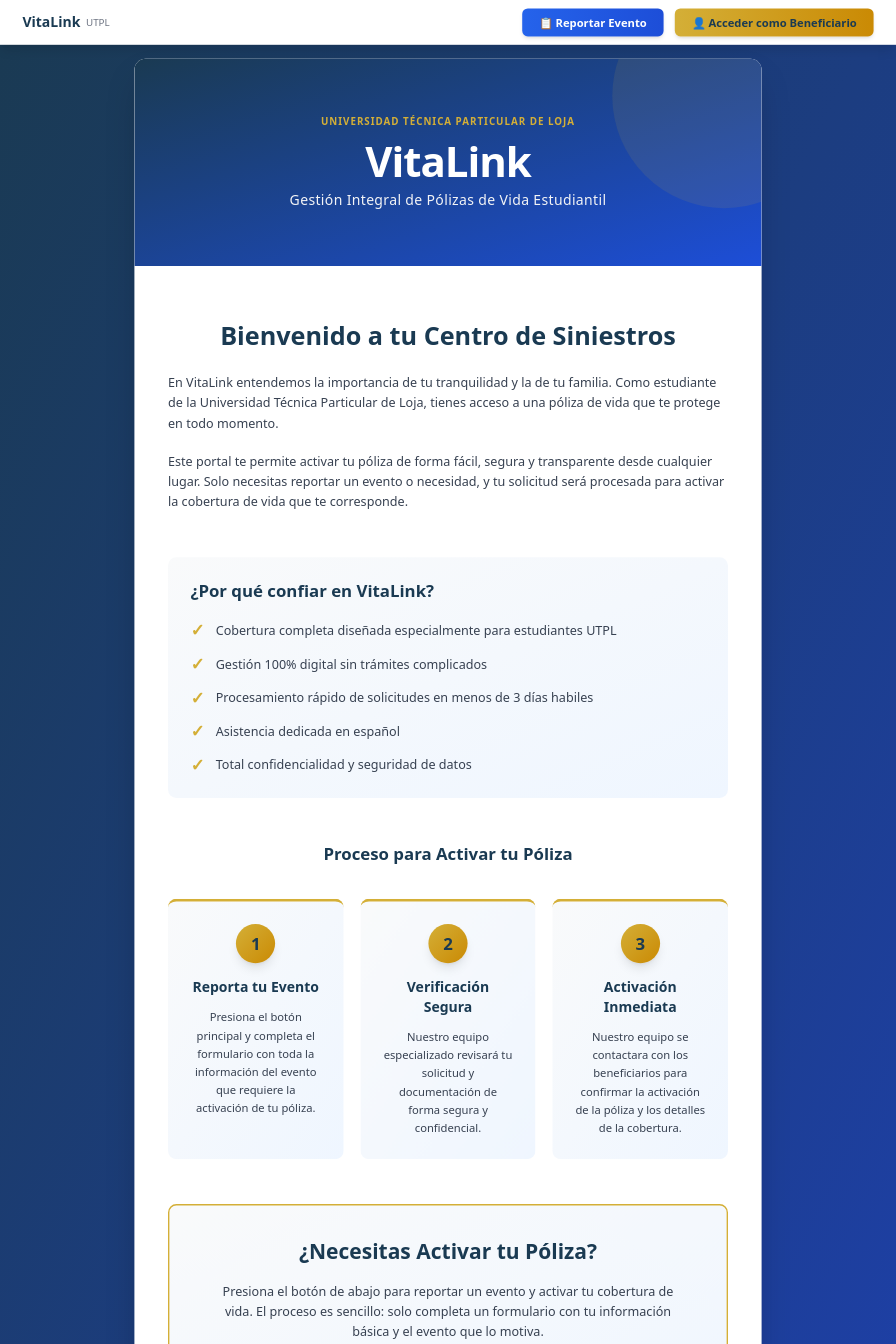
Repository: Carlosmicael/seguroVitaLink
Page: templates/siniestros/siniestro_report.html
The author's editor kept a copy of each file at every save. The page is drawn from the files as they stood at one save, then again after the next save.
The browser window is 1280 px wide. The pictures show the part of the page from y = 0 to 1920 px (the page is 2572 px tall before and 2668 px after), at 70% of full size.
Some web libraries are served in a nearby version. The template is drawn by Django 5.2. The application's start-up code is not run. Other server files are loaded and not shown. The template is opened directly, without the code that normally fills it, so the values that code supplies are empty.

Above is the page before, as saved 2026-01-03 19:50:14.

### templates/siniestros/siniestro_report.html
{% load static %}
<!DOCTYPE html>
<html lang="es">
<head>
    <meta charset="UTF-8">
    <meta name="viewport" content="width=device-width, initial-scale=1.0">
    <title>Gestión de Siniestros - VitaLink</title>
    <script src="https://cdn.tailwindcss.com"></script>
    <script>
        tailwind.config = {
            theme: {
                extend: {
                    colors: {
                        'utpl-blue': '#1a3a52',
                        'utpl-gold': '#d4af37',
                    }
                }
            }
        }
    </script>
</head>
<body class="bg-gradient-to-br from-utpl-blue to-blue-800 min-h-screen">
    <!-- Navbar -->
    <nav class="bg-white shadow-lg">
        <div class="max-w-7xl mx-auto px-4 sm:px-6 lg:px-8">
            <div class="flex justify-between items-center h-16">
                <div class="flex items-center">
                    <span class="text-utpl-blue font-bold text-xl">VitaLink</span>
                    <span class="ml-2 text-gray-500 text-sm">UTPL</span>
                </div>
                <div class="flex space-x-4">
                    <a href="{% url 'siniestros:formulario' %}" class="bg-gradient-to-r from-blue-600 to-blue-700 text-white px-6 py-2 rounded-lg font-semibold hover:from-blue-700 hover:to-blue-800 transition duration-300 shadow-md hover:shadow-lg">
                        📋 Reportar Evento
                    </a>
                    <a href="{% url 'siniestros:login_beneficiario' %}" class="bg-gradient-to-r from-utpl-gold to-yellow-600 text-utpl-blue px-6 py-2 rounded-lg font-semibold hover:from-yellow-500 hover:to-utpl-gold transition duration-300 shadow-md hover:shadow-lg">
                        👤 Acceder como Beneficiario
                    </a>
                </div>
            </div>
        </div>
    </nav>

    <!-- Main Content -->
    <div class="flex items-center justify-center p-5 min-h-[calc(100vh-4rem)]">
    <div class="w-full max-w-4xl bg-white rounded-2xl shadow-2xl overflow-hidden animate-fade-up">
        <!-- Header -->
        <div class="relative overflow-hidden bg-gradient-to-br from-utpl-blue to-blue-700 text-white px-8 py-16 md:px-12 md:py-20">
            <div class="absolute top-0 right-0 w-80 h-80 bg-utpl-gold opacity-10 rounded-full transform translate-x-1/3 -translate-y-1/3"></div>

            <div class="relative z-10 text-center">
                <p class="text-sm font-bold tracking-widest text-utpl-gold uppercase mb-4">
                    Universidad Técnica Particular de Loja
                </p>
                <h1 class="text-5xl md:text-6xl font-black mb-3 tracking-tight">
                    VitaLink
                </h1>
                <p class="text-lg md:text-xl font-light tracking-wide text-gray-100">
                    Gestión Integral de Pólizas de Vida Estudiantil
                </p>
            </div>
        </div>

        <!-- Main Content -->
        <div class="px-8 py-16 md:px-12 md:py-20">
            <!-- Intro Section -->
            <div class="mb-16">
                <h2 class="text-4xl font-bold text-utpl-blue mb-8 text-center">
                    Bienvenido a tu Centro de Siniestros
                </h2>
                <div class="space-y-6 text-gray-700 text-lg leading-relaxed">
                    <p>
                        En VitaLink entendemos la importancia de tu tranquilidad y la de tu familia.
                        Como estudiante de la Universidad Técnica Particular de Loja, tienes acceso a una póliza de vida
                        que te protege en todo momento.
                    </p>
                    <p>
                        Este portal te permite activar tu póliza de forma fácil, segura y transparente desde cualquier lugar.
                        Solo necesitas reportar un evento o necesidad, y tu solicitud será procesada para activar la cobertura de vida
                        que te corresponde.
                    </p>
                </div>
            </div>

            <!-- Benefits Section -->
            <div class="bg-gradient-to-br from-gray-50 to-blue-50 p-8 rounded-xl border-l-6 border-l-utpl-gold mb-16">
                <h3 class="text-2xl font-bold text-utpl-blue mb-6">
                    ¿Por qué confiar en VitaLink?
                </h3>
                <ul class="space-y-4">
                    <li class="flex items-center text-gray-700 text-lg font-medium">
                        <span class="text-utpl-gold text-2xl font-bold mr-4">✓</span>
                        Cobertura completa diseñada especialmente para estudiantes UTPL
                    </li>
                    <li class="flex items-center text-gray-700 text-lg font-medium">
                        <span class="text-utpl-gold text-2xl font-bold mr-4">✓</span>
                        Gestión 100% digital sin trámites complicados
                    </li>
                    <li class="flex items-center text-gray-700 text-lg font-medium">
                        <span class="text-utpl-gold text-2xl font-bold mr-4">✓</span>
                        Procesamiento rápido de solicitudes en menos de 3 días habiles
                    </li>
                    <li class="flex items-center text-gray-700 text-lg font-medium">
                        <span class="text-utpl-gold text-2xl font-bold mr-4">✓</span>
                        Asistencia dedicada en español
                    </li>
                    <li class="flex items-center text-gray-700 text-lg font-medium">
                        <span class="text-utpl-gold text-2xl font-bold mr-4">✓</span>
                        Total confidencialidad y seguridad de datos
                    </li>
                </ul>
            </div>

            <!-- Process Section -->
            <div class="mb-16">
                <h3 class="text-2xl font-bold text-utpl-blue mb-12 text-center">
                    Proceso para Activar tu Póliza
                </h3>
                <div class="grid md:grid-cols-3 gap-6">
                    <!-- Step 1 -->
                    <div class="bg-gradient-to-br from-gray-50 to-blue-50 p-8 rounded-xl border-t-4 border-t-utpl-gold hover:shadow-lg hover:-translate-y-2 transition-all duration-300">
                        <div class="flex justify-center mb-5">
                            <div class="w-14 h-14 bg-gradient-to-br from-utpl-gold to-yellow-600 rounded-full flex items-center justify-center font-bold text-2xl text-utpl-blue shadow-lg">
                                1
                            </div>
                        </div>
                        <h4 class="text-xl font-bold text-utpl-blue text-center mb-4">
                            Reporta tu Evento
                        </h4>
                        <p class="text-gray-700 text-center leading-relaxed">
                            Presiona el botón principal y completa el formulario con toda la información
                            del evento que requiere la activación de tu póliza.
                        </p>
                    </div>

                    <!-- Step 2 -->
                    <div class="bg-gradient-to-br from-gray-50 to-blue-50 p-8 rounded-xl border-t-4 border-t-utpl-gold hover:shadow-lg hover:-translate-y-2 transition-all duration-300">
                        <div class="flex justify-center mb-5">
                            <div class="w-14 h-14 bg-gradient-to-br from-utpl-gold to-yellow-600 rounded-full flex items-center justify-center font-bold text-2xl text-utpl-blue shadow-lg">
                                2
                            </div>
                        </div>
                        <h4 class="text-xl font-bold text-utpl-blue text-center mb-4">
                            Verificación Segura
                        </h4>
                        <p class="text-gray-700 text-center leading-relaxed">
                            Nuestro equipo especializado revisará tu solicitud y documentación
                            de forma segura y confidencial.
                        </p>
                    </div>

                    <!-- Step 3 -->
                    <div class="bg-gradient-to-br from-gray-50 to-blue-50 p-8 rounded-xl border-t-4 border-t-utpl-gold hover:shadow-lg hover:-translate-y-2 transition-all duration-300">
                        <div class="flex justify-center mb-5">
                            <div class="w-14 h-14 bg-gradient-to-br from-utpl-gold to-yellow-600 rounded-full flex items-center justify-center font-bold text-2xl text-utpl-blue shadow-lg">
                                3
                            </div>
                        </div>
                        <h4 class="text-xl font-bold text-utpl-blue text-center mb-4">
                            Activación Inmediata
                        </h4>
                        <p class="text-gray-700 text-center leading-relaxed">
                            Nuestro equipo se contactara con los beneficiarios para confirmar la activación
                            de la póliza y los detalles de la cobertura.
                        </p>
                    </div>
                </div>
            </div>

            <!-- CTA Section -->
            <div class="bg-gradient-to-br from-gray-50 to-blue-50 p-12 rounded-xl border-2 border-utpl-gold text-center mb-16">
                <h2 class="text-3xl font-bold text-utpl-blue mb-6">
                    ¿Necesitas Activar tu Póliza?
                </h2>
                <p class="text-gray-700 text-lg mb-8 leading-relaxed max-w-2xl mx-auto">
                    Presiona el botón de abajo para reportar un evento y activar tu cobertura de vida.
                    El proceso es sencillo: solo completa un formulario con tu información básica y el evento que lo motiva.
                </p>
                <a href="{% url 'siniestros:formulario' %}" class="inline-block bg-gradient-to-r from-utpl-gold to-yellow-600 hover:from-yellow-500 hover:to-utpl-gold text-utpl-blue font-bold py-4 px-12 rounded-lg text-lg tracking-wider uppercase shadow-lg hover:shadow-xl transform hover:-translate-y-1 transition-all duration-300">
                    📋 Reportar Evento y Activar Póliza
                </a>
            </div>

        <!-- Footer Section -->
        <div class="bg-gradient-to-b from-gray-100 to-gray-200 px-8 py-12 md:px-12 md:py-16 text-center border-t border-gray-300">
            <p class="text-gray-800 text-lg font-bold mb-6">
                ¿Tienes dudas o necesitas asistencia?
            </p>
            <div class="space-y-3 text-gray-700 text-base mb-8">
                <p>
                    📞 Teléfono: <a href="tel:+593726582940" class="text-utpl-gold font-bold hover:text-yellow-600 transition-colors">+593 7 2658-2940</a>
                </p>
                <p>
                    📧 Correo: <a href="mailto:vitalink@utpl.edu.ec" class="text-utpl-gold font-bold hover:text-yellow-600 transition-colors">vitalink@utpl.edu.ec</a>
                </p>
                <p>
                    🌐 Portal: <a href="https://www.utpl.edu.ec" target="_blank" class="text-utpl-gold font-bold hover:text-yellow-600 transition-colors">www.utpl.edu.ec</a>
                </p>
            </div>
            <p class="text-sm text-gray-600">
                VitaLink © 2026 - Universidad Técnica Particular de Loja<br>
                Sistema de Gestión Integral de Pólizas de Vida para Estudiantes
            </p>
        </div>
    </div>

    <style>
        @keyframes fadeUp {
            from {
                opacity: 0;
                transform: translateY(20px);
            }
            to {
                opacity: 1;
                transform: translateY(0);
            }
        }
        .animate-fade-up {
            animation: fadeUp 0.6s ease-out;
        }
    </style>

</body>
</html>

After the next save:
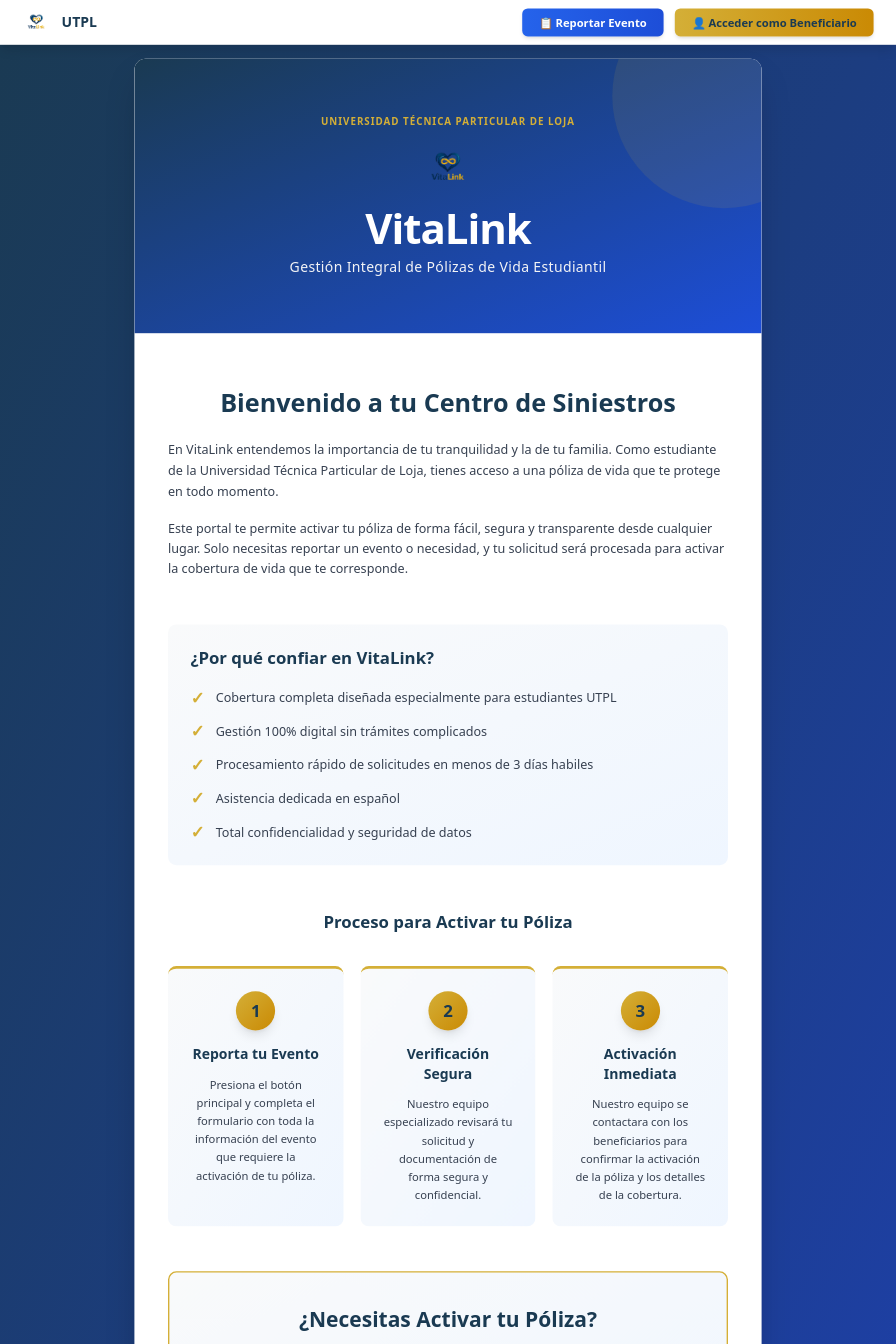
Saved 2 min 42 s later.
--- a/templates/siniestros/siniestro_report.html
+++ b/templates/siniestros/siniestro_report.html
@@ -25,8 +25,10 @@
         <div class="max-w-7xl mx-auto px-4 sm:px-6 lg:px-8">
             <div class="flex justify-between items-center h-16">
                 <div class="flex items-center">
-                    <span class="text-utpl-blue font-bold text-xl">VitaLink</span>
-                    <span class="ml-2 text-gray-500 text-sm">UTPL</span>
+                    <a href="{% url 'siniestros:inicio' %}" class="flex items-center">
+                        <img src="{% static 'img/logoVitalink.png' %}" alt="VitaLink Logo" class="h-10 mr-2">
+                        <span class="ml-2 text-utpl-blue font-bold text-xl">UTPL</span>
+                    </a>
                 </div>
                 <div class="flex space-x-4">
                     <a href="{% url 'siniestros:formulario' %}" class="bg-gradient-to-r from-blue-600 to-blue-700 text-white px-6 py-2 rounded-lg font-semibold hover:from-blue-700 hover:to-blue-800 transition duration-300 shadow-md hover:shadow-lg">
@@ -52,6 +54,7 @@
                     Universidad Técnica Particular de Loja
                 </p>
                 <h1 class="text-5xl md:text-6xl font-black mb-3 tracking-tight">
+                    <img src="{% static 'img/logoVitalink.png' %}" alt="VitaLink Logo" class="mx-auto h-20 mb-4">
                     VitaLink
                 </h1>
                 <p class="text-lg md:text-xl font-light tracking-wide text-gray-100">
